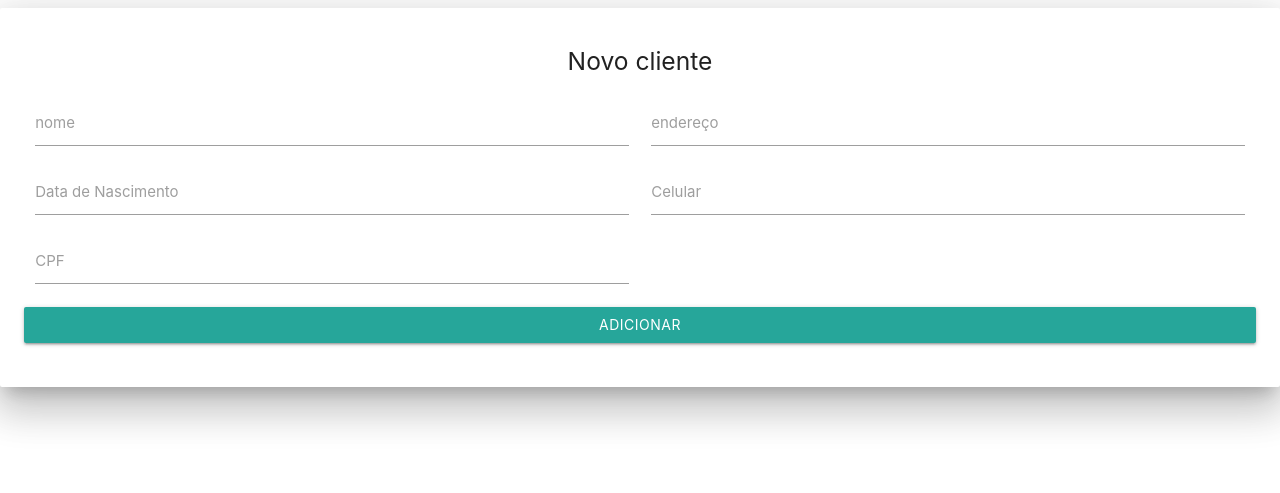
Repository: luizasilveira/TechWeb
Page: Projeto1/techWebP1/WebContent/add.html
These files come from the project's save history. The page is drawn as it stood at one moment and after the next save; the edit follows.
The browser window is 1280 px wide. The pictures show the whole page.

Above is the page before, as saved 2019-09-08 22:00:35.

### Projeto1/techWebP1/WebContent/add.html
<!DOCTYPE html>
<html>
<head>
<meta charset="ISO-8859-1">
<title>HOME</title>

<style>
	.form{
	 	width: 100px;

	}
	  </style>
<!--Import Google Icon Font-->
<link href="https://fonts.googleapis.com/icon?family=Material+Icons"
	rel="stylesheet">
<!--Import materialize.css-->
<link rel="stylesheet"
	href="https://cdnjs.cloudflare.com/ajax/libs/materialize/1.0.0/css/materialize.min.css">


<style>
body {
	background-color: white;
}
</style>
</head>

<body>
	<form action="./AddClients" method="post">

		<div class="card-panel z-depth-5" >
		<h5 class="center">Novo cliente</h5>
			<div class="row">
				<div class="col s6">

					<!--<p class="center">Join to our community now !</p>-->


					<div class="input-field">
						<input type="text" name="nome"> <label>nome</label>
					</div>

					<!--<i class="material-icons prefix">account_circle</i>-->



					<!--<div class="input-field">
                    <i class="material-icons prefix">email</i
                    <input type="email" name="email" class="validate">
                    <label> email</label>
                  </div>-->

					<div class="input-field">
						<!--<i class="material-icons prefix">lock</i>-->
						<input type="text" name="nascimento"> <label>Data
							de Nascimento</label>
					</div>

					<div class="input-field">
						<!--<i class="material-icons prefix">vpn_key</i>-->
						<input type="text" name="CPF"> <label>CPF</label>
					</div>
				</div>

				<div class="col s6">
					<div class="input-field">
						<!--<i class="material-icons prefix">vpn_key</i>-->
						<input type="text" name="endereço"> <label>endereço</label>
					</div>

					<div class="input-field">
						<!--<i class="material-icons prefix">vpn_key</i>-->
						<input type="text" name="celular"> <label>Celular</label>
					</div>
				</div>


				<!--<p class="right">Already have an account? <a href="#login" class="modal-trigger">login</a></p>-->
				<input type="submit" name="submit" value="Adicionar"
					class="btn left col s12">

				<div class="clearfix"></div>

			</div>
		</div>
	</form>



	<script src="https://code.jquery.com/jquery-1.12.0.min.js"></script>
	<script
		src="https://cdnjs.cloudflare.com/ajax/libs/materialize/1.0.0/js/materialize.min.js"></script>





</body>
</html>

After the next save:
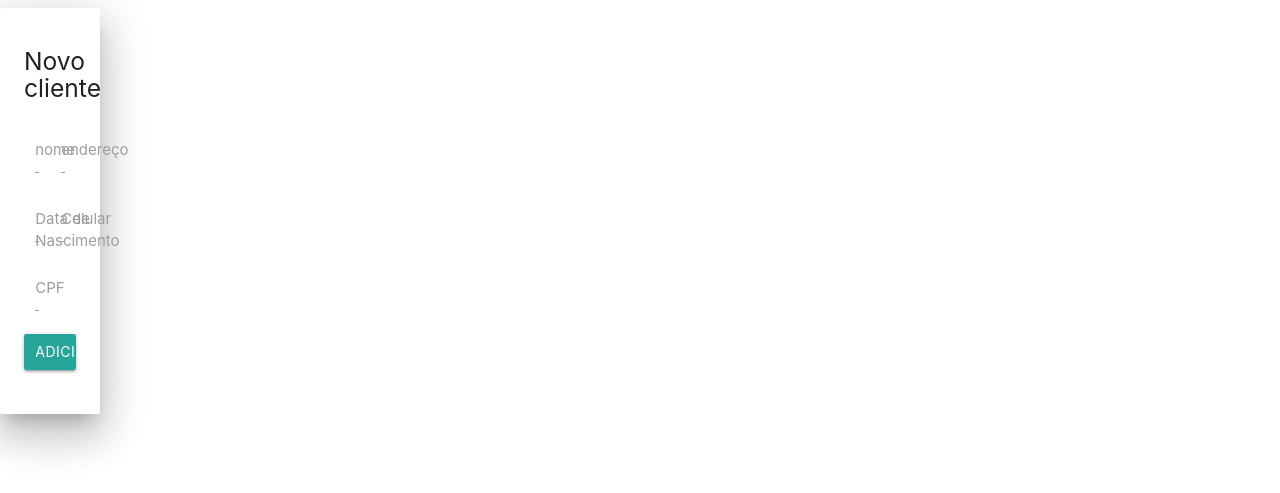
Saved 47 s later.
--- a/Projeto1/techWebP1/WebContent/add.html
+++ b/Projeto1/techWebP1/WebContent/add.html
@@ -5,7 +5,7 @@
 <title>HOME</title>
 
 <style>
-	.form{
+	form{
 	 	width: 100px;
 
 	}

After the save that followed:
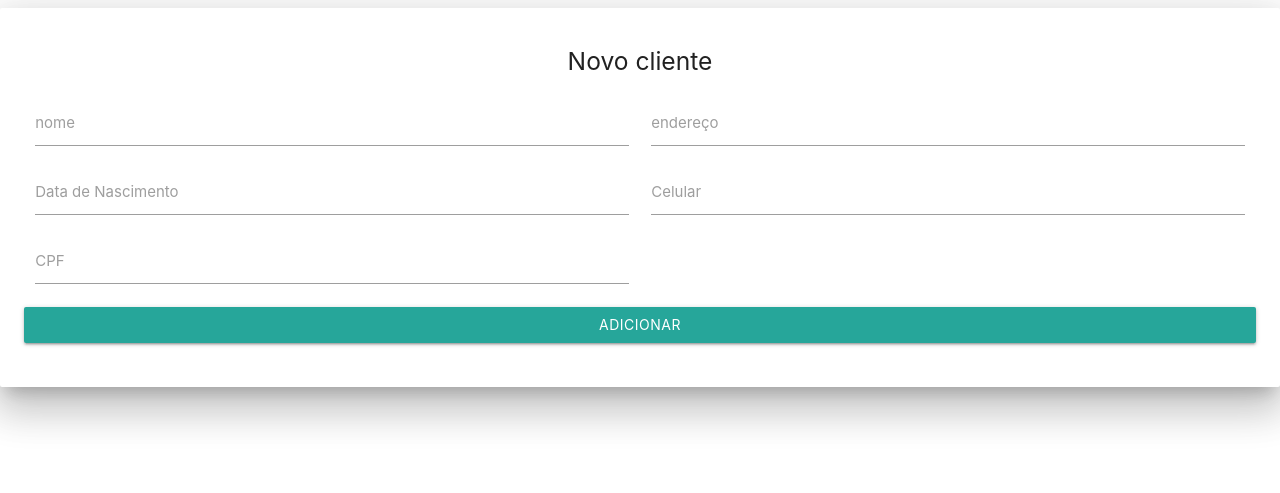
Saved 10 s later.
--- a/Projeto1/techWebP1/WebContent/add.html
+++ b/Projeto1/techWebP1/WebContent/add.html
@@ -6,7 +6,8 @@
 
 <style>
 	form{
-	 	width: 100px;
+	 	position: relative;
+            width: 100%;
 
 	}
 	  </style>
